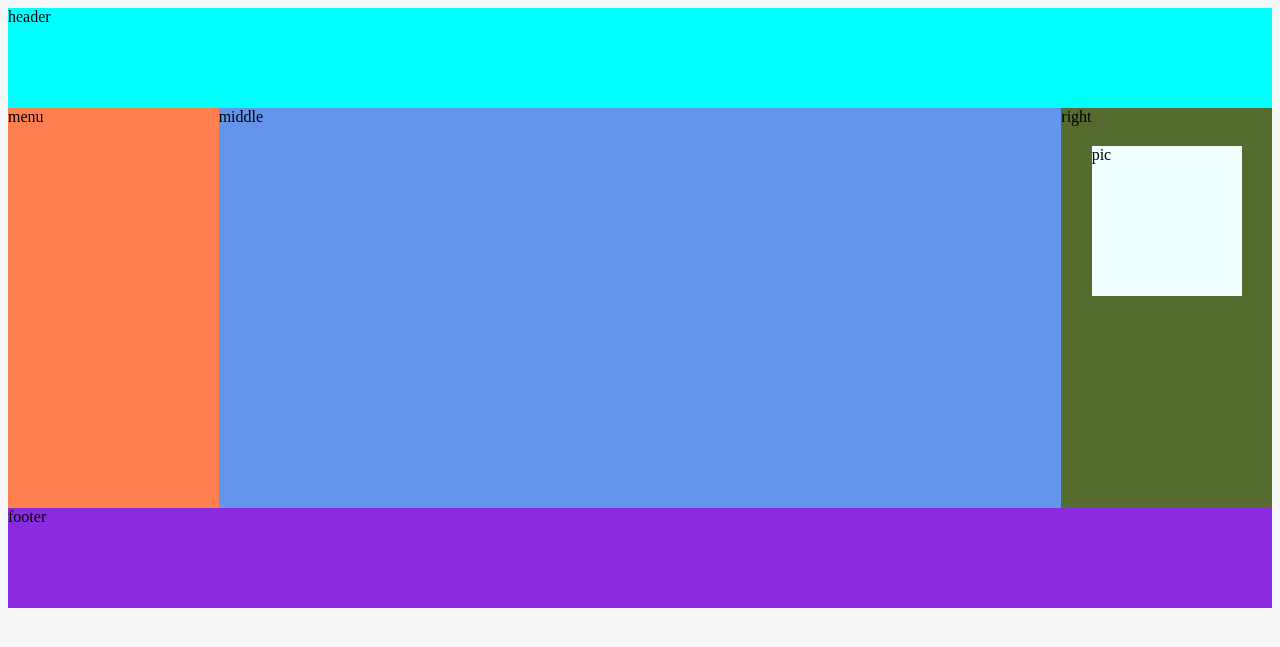
Repository: greden0814/myBlog
Page: /#/pages/myInfo
These files come from the project's save history. The page is drawn as it stood at one moment and after the next save; the edit follows.
The browser window is 1280 px wide. The pictures show the whole page.
The project was rebuilt for these pictures with package versions that can differ from the ones it lists, and the page was loaded fresh each time.

Above is the page before, as saved 2021-07-27 19:41:07.

### index.html
<!DOCTYPE html>
<html>
  <head>
    <meta charset="utf-8">
    <meta name="viewport" content="width=device-width,initial-scale=1.0">
    <title>myblog</title>
  </head>
  <body>
    <div id="app"></div>
    <!-- built files will be auto injected -->
  </body>
</html>

### src/main.js
// The Vue build version to load with the `import` command
// (runtime-only or standalone) has been set in webpack.base.conf with an alias.
import Vue from 'vue'
import App from './App'
import router from './router'
import ElementUI from 'element-ui'
import axios from '@/utils/request.js'
import 'element-ui/lib/theme-chalk/index.css'

Vue.use(ElementUI)
Vue.config.productionTip = false
Vue.prototype.$axios = axios

/* eslint-disable no-new */
new Vue({
  el: '#app',
  router,
  components: { App },
  template: '<App/>'
})

### src/App.vue
<template>
  <div id="app">
    <!-- <img src="./assets/logo.png"> -->
    <router-view/>
  </div>
</template>

<script>
export default {
  name: 'App'
}
</script>

<style>
  body {
    background-color: rgb(245, 246, 247);
  }
</style>

### src/router/index.js
import Vue from 'vue'
import Router from 'vue-router'

Vue.use(Router)

// const originalPush = Router.prototype.push
// Router.prototype.push = function push(location) {
//   return originalPush.call(this, location).catch(err => err)
// }
export default new Router({
  routes: [
    {
      path: '/',
      name: 'login',
      component: () => import('@/views/login')
    }, {
      path: '/pages/indexPage',
      name: 'myblog',
      component: () => import('@/views/indexPage')
    }, {
      path: '/pages/myInfo',
      name: 'myInfo',
      component: () => import('@/views/myInfo')
    },{
      path: '/pages/tableManage',
      name: 'tableManage',
      component: () => import('@/views/tableManage')
    },{
      path: '/pages/articles',
      name: 'articles',
      component: () => import('@/views/articles')
    },{
      path: '/pages/articles/writing',
      name: 'writing',
      component: () => import('@/views/articles/writing')
    }
  ]
})

### src/utils/request.js
import axios from "axios"
import qs from 'qs'

//根据环境变量区分接口默认地址这里看自己需求配
switch(process.env.NODE_ENV){
    case "production":
        axios.defaults.baseURL="http://127.0.0.1:3000"
        break;
    case "test":
        axios.defaults.baseURL="http://192.168.1.1"
        break;
    default:
        axios.defaults.baseURL="http://localhost:3000"
}

//设置超时时间和跨域是否携带凭证
axios.defaults.timeout=10000;
//设置CORS跨域允许携带凭证
axios.defaults.withCredentials=true;

// axios.defaults.headers['Content-Type']='application/x-www-form-urlencoded'
axios.defaults.headers['Content-Type']="application/json"

// axios.defaults.transformRequest=data=>qs.stringify(data)
// axios.defaults.transformRequest=data=>{
//     var params=''
//     for(let attr in data){
//         params+=attr+'='+data[attr]+'&'
//     }
//     params=params.substr(0,params.length-1)
//     return params
// }

//设置请求拦截器
//客户端发送请求=》请求拦截器=》服务器
// TOKEN校验（JWT）接收服务器返回的token
// 存储到vuex/本地存储中，每一次发请求我们应该吧token带上
axios.interceptors.request.use((config)=>{
    // 携带上token
    let token=localStorage.getItem('token')
    token&&(config.headers.Authorization=token)
    return config
},error=>{
    return Promise.reject(error)
})

//响应拦截器
//服务器返回信息=》拦截的统一处理=》客户端js获取到信息
// axios.defaults.validatestatus=status=>{
       //自定义响应成功的http状态码
//     return /^(2|3)\d{2}$/.test(status)
// }
axios.interceptors.response.use(response=>{
    return response.data;
    //看项目实际情况，这样写返回的数据就只有主体内容
},error=>{
    let {response} = error;
    if(response){
        //服务器最起码返回结果
        switch(response.status){
            case 401://=>权限问题，当前请求需要用户验证，一般是未登陆
                break;
            case 403://=>服务器已经理解请求，但是拒绝执行他，一般是token过期或session过期
                localStorage.removeItem('token')
                break;
            case 404://=>找不到页面
                break;
        }
    } else{
        //服务器连结果都没有返回
        if(!window.navigator.onLine){
            //如果客户端断网了:可以跳转到断网页面
            return
        }
        return Promise.reject(error)
        //可能是服务器错误返回一个promise
    }
});

export default axios

### src/views/myInfo/index.vue
<template>
  <div class="myInfo">
    <div class="header">header</div>
    <div class="body">
      <div class="left">menu

      </div>
      <div class="middle">middle</div>
      <div class="right">right
        <div class="pic">pic</div>

      </div>
    </div>
    <div class="footer">footer</div>
  </div>
</template>
<script>
export default {
  data() {
    return {};
  },
};
</script>
<style lang="less" scoped>
.myInfo {
  .header {
    height: 100px;
    background-color: aqua;
  }
  .body {
    display: flex;
    height: 400px;
    .left {
      background-color: coral;
      flex: 2;
    }
    .middle {
      background-color: cornflowerblue;
      flex: 8;
    }
    .right {
      background-color: darkolivegreen;
      flex: 2;
      .pic {
        margin: 20px auto;
        width: 150px;
        height: 150px;
        background-color: azure;
      }
    }
  }
  .footer {
    height: 100px;
    background-color: blueviolet;
  }
}
</style>

After the next save:
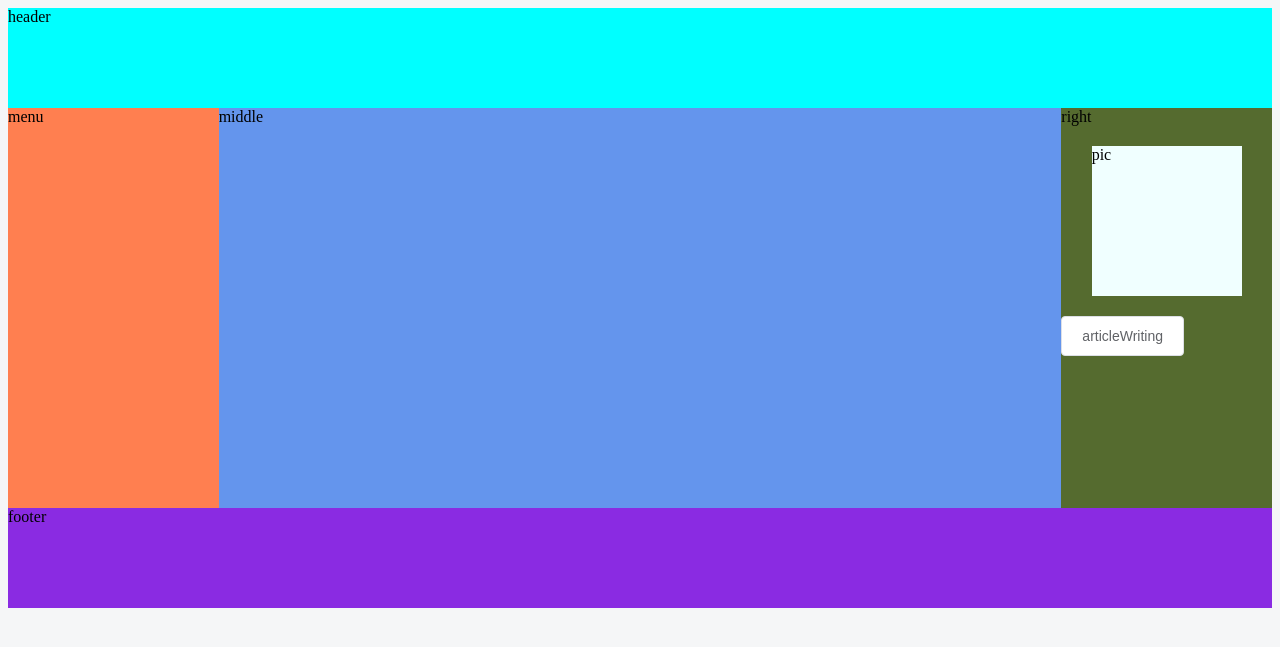
Saved 6 min 47 s later.
--- a/src/views/myInfo/index.vue
+++ b/src/views/myInfo/index.vue
@@ -2,13 +2,12 @@
   <div class="myInfo">
     <div class="header">header</div>
     <div class="body">
-      <div class="left">menu
-
-      </div>
+      <div class="left">menu</div>
       <div class="middle">middle</div>
-      <div class="right">right
+      <div class="right">
+        right
         <div class="pic">pic</div>
-
+        <el-button @click="turnToArticleWriting">articleWriting</el-button>
       </div>
     </div>
     <div class="footer">footer</div>
@@ -18,6 +17,14 @@
 export default {
   data() {
     return {};
+  },
+  methods: {
+    turnToArticleWriting() {
+      this.$router.push({
+        path: "/pages/articles/writing",
+        params: {},
+      });
+    },
   },
 };
 </script>
